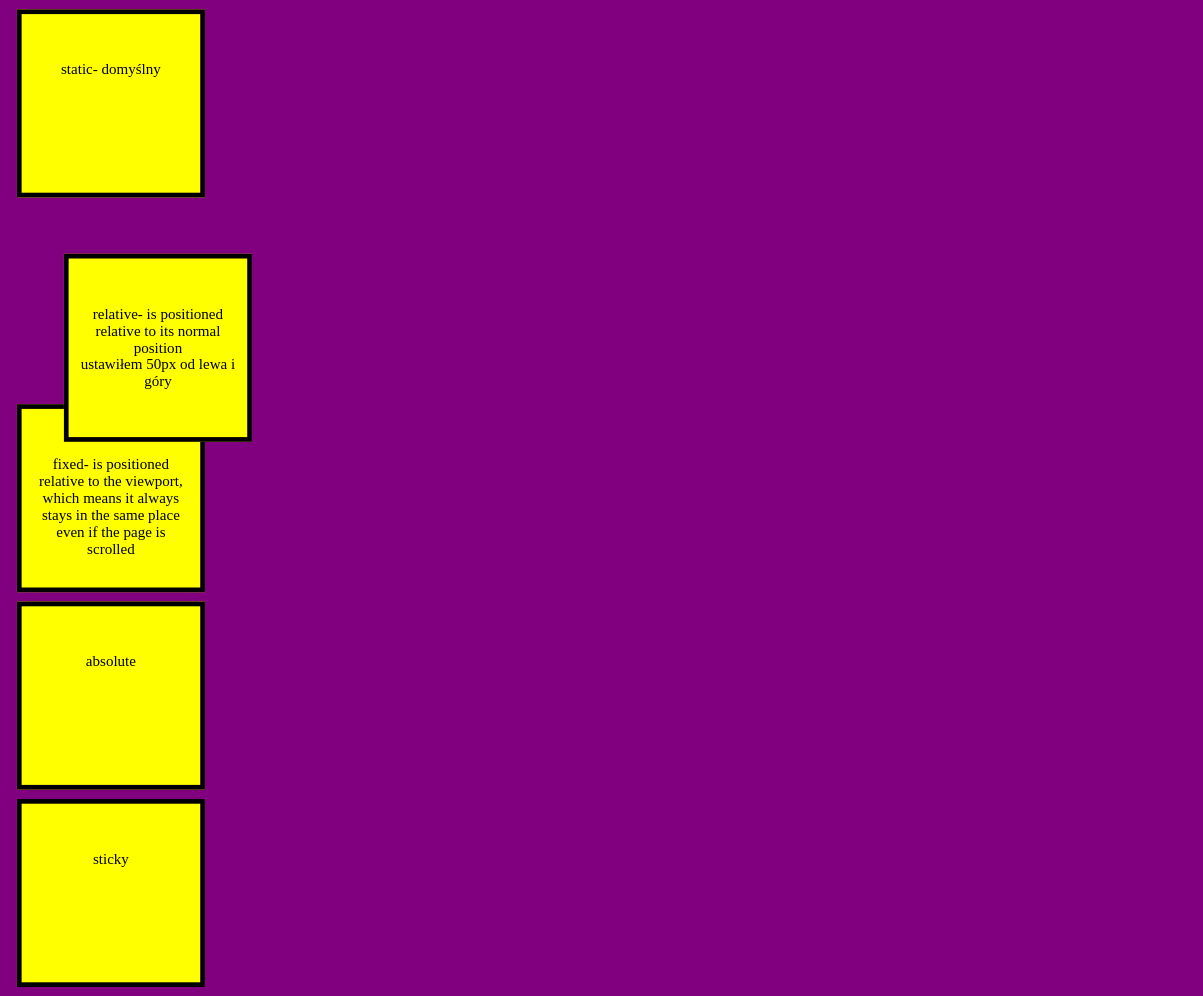
Repository: quenrythane/homepage
Page: CSS positions/CSS-positions.html
These files come from the project's save history. The page is drawn as it stood at one moment and after the next save; the edit follows.
The browser window is 1280 px wide. The pictures show the whole page, at 94% of full size.

Above is the page before, as saved 2020-10-11 03:45:13.

### CSS positions/CSS-positions.html
<!DOCTYPE html>
<html lang="en">
<head>
    <meta charset="UTF-8">
    <meta name="viewport" content="width=device-width, initial-scale=1.0">
    <title>CSS-positions</title>
    <link href="CSS-positions.css " rel="stylesheet" type="text/css">
</head>
<body >
    <div class="box static">static- domyślny</div>
    <div class="box relative">relative- is positioned relative to its normal position<br>
    ustawiłem 50px od lewa i góry</div>
    <div class="box fixed">fixed- is positioned relative to the viewport, which means it always stays in the same place even if the page is scrolled</div>
    <div class="box absolute">absolute</div>
    <div class="box sticky">sticky</div>
</body>
</html>

### CSS positions/CSS-positions.css
body {
    background: purple;
}

.box{
    box-sizing: border-box;
    background: yellow;
    width: 200px;
    height: 200px ;
    margin: 10px;
    text-align: center;
    padding: 10px ;
    padding-top: 50px;
    border: solid black 5px;
}

.static{
    position: static;
}

.relative{
    position: relative;
    left: 50px;
    top: 50px;
}

.fixed{

}

.absolute{

}

.sticky{

}

After the next save:
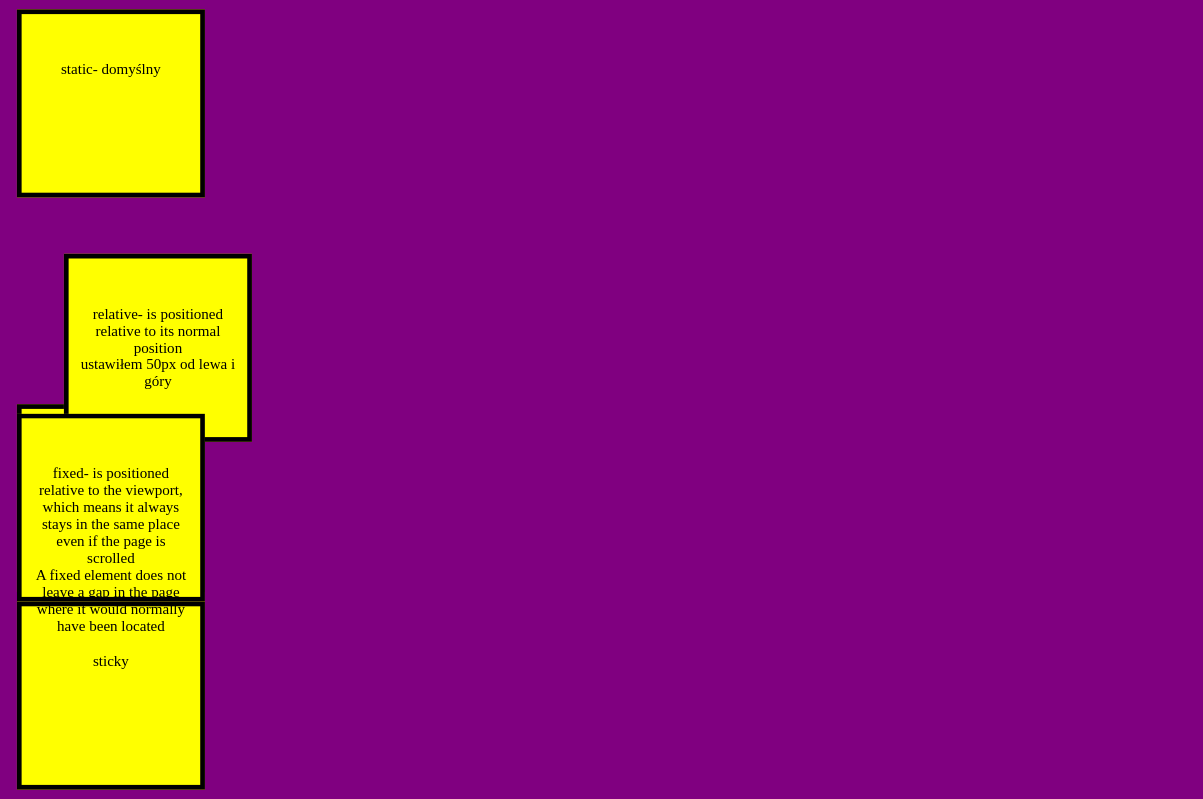
Saved 66 s later.
--- a/CSS positions/CSS-positions.html
+++ b/CSS positions/CSS-positions.html
@@ -10,7 +10,7 @@
     <div class="box static">static- domyślny</div>
     <div class="box relative">relative- is positioned relative to its normal position<br>
     ustawiłem 50px od lewa i góry</div>
-    <div class="box fixed">fixed- is positioned relative to the viewport, which means it always stays in the same place even if the page is scrolled</div>
+    <div class="box fixed">fixed- is positioned relative to the viewport, which means it always stays in the same place even if the page is scrolled<br> A fixed element does not leave a gap in the page where it would normally have been located <br> </div>
     <div class="box absolute">absolute</div>
     <div class="box sticky">sticky</div>
 </body>
--- a/CSS positions/CSS-positions.css
+++ b/CSS positions/CSS-positions.css
@@ -25,6 +25,7 @@ body {
 }
 
 .fixed{
+    position: fixed;
 
 }
 
